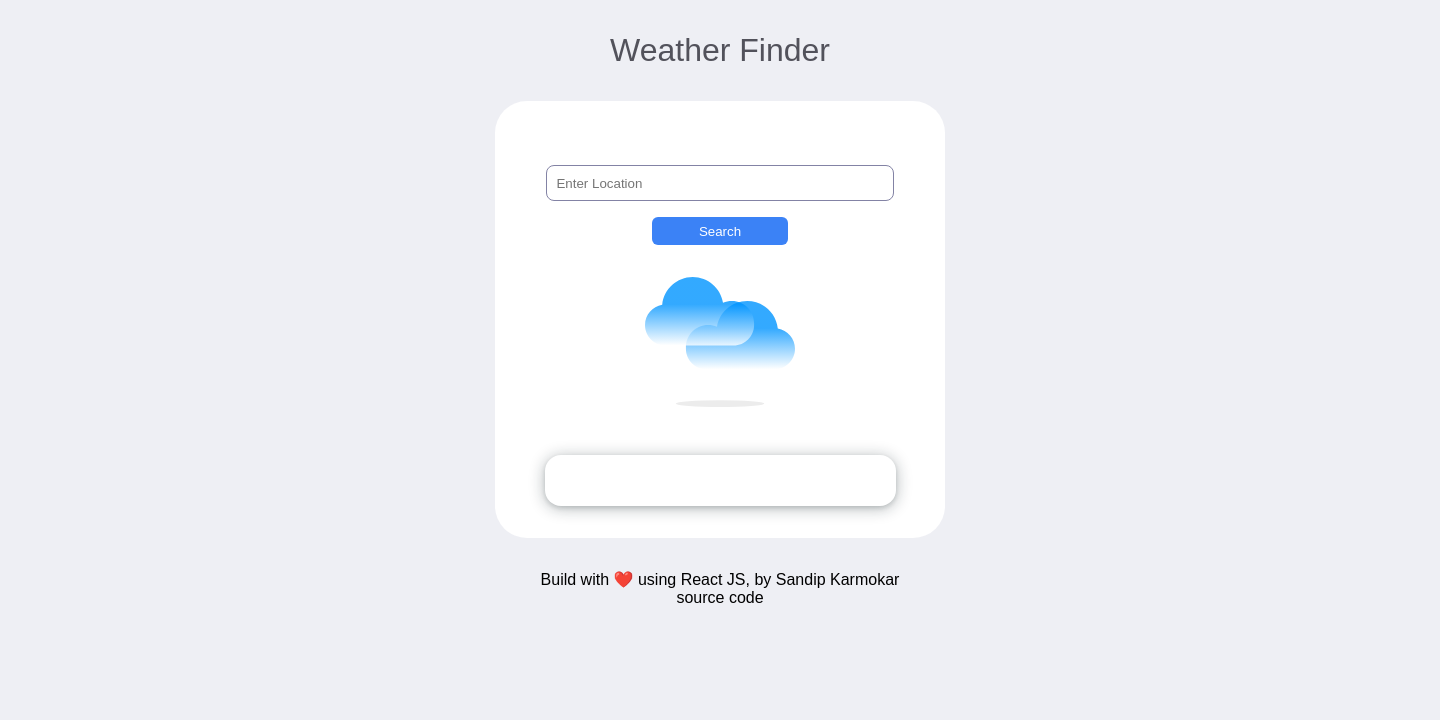
Repository: sandipkarmokar/weather-app
Page: /
These files come from the project's save history. The page is drawn as it stood at one moment and after the next save; the edit follows.
The browser window is 1440 px wide. The pictures show the whole page.
The project was rebuilt for these pictures with package versions that can differ from the ones it lists, and the page was loaded fresh each time.

Above is the page before, as saved 2022-04-12 18:15:12.

### src/App.js
import { useState, useEffect } from 'react';
import './App.css';
import WeatherForm from './components/WeatherForm';
import WeatherInfoShow from './components/WeatherInfoShow';

function App() {
    const [city, setCity] = useState('');
    const [gotData, setGotData] = useState(false);
    const [weatherData, setWeatherData] = useState([]);
    const [isDay, setIsDay] = useState(false);

    console.log(weatherData);
    const url = `https://api.openweathermap.org/data/2.5/weather?q=${city}&appid=390f3fd7515cacb5596ae4765de92a6d`;

    const fetchData = async (e) => {
        e.preventDefault();
        try {
            const response = await fetch(url);
            const data = await response.json();
            setWeatherData(data);
            setGotData(true);
            const isDay = weatherData?.weather[0].icon?.includes('d');
            setIsDay(isDay);
        } catch (error) {
            console.log(error);
            setGotData(false);
        }
    };

    return (
        <div className="app">
            <div className="heading">
                <p>Weather Finder</p>
            </div>
            <div className="app-container">
                <WeatherForm
                    city={city}
                    setCity={setCity}
                    fetchData={fetchData}
                ></WeatherForm>

                <WeatherInfoShow
                    gotData={gotData}
                    weatherData={weatherData}
                    isDay={isDay}
                ></WeatherInfoShow>
            </div>
            <footer>
                <p>Build with ❤️ using React JS, by Sandip Karmokar</p>
                <p>source code</p>
            </footer>
        </div>
    );
}

export default App;

### src/App.css
* {
    margin: 0;
    padding: 0;
    box-sizing: border-box;
    font-family: Arial, Helvetica, sans-serif;
}

.app {
    background-color: #eeeff4;
    height: 100vh;
}

.app .heading p {
    color: #52525b;
    padding-top: 2rem;
    font-size: 2rem;
    text-align: center;
}

.app .app-container {
    width: 90%;
    margin: 2rem auto;
    background: #ffffff;
    border-radius: 2rem;
    padding: 1rem 0;
}

.app .app-container .weather-form {
    width: 86%;
    margin: 0 auto;
    display: flex;
    flex-direction: column;
}

.app .app-container .weather-form input {
    padding: 0.6rem;
    margin: 1rem auto;
    border: 0.5px solid #8383a5;
    border-radius: 8px;
    width: 90%;
    margin-top: 3rem;
}
.app .app-container .weather-form button {
    width: 35%;
    margin: 0 auto;
    padding: 0.4rem;
    background-color: #3b82f6;
    color: #ffffff;
    border: none;
    border-radius: 6px;
    cursor: pointer;
}
.app .app-container .weather-form img {
    width: 150px;

    margin: 2rem auto;
}

.app .app-container .weather-info-show {
    background-color: #ffffff;
    width: 78%;
    box-shadow: rgba(14, 30, 37, 0.12) 0px 2px 4px 0px,
        rgba(14, 30, 37, 0.32) 0px 2px 16px 0px;
    margin: 1rem auto;
    border-radius: 1rem;
    padding: 1.6rem;
}
.app .app-container .weather-info-show .main-info {
    display: flex;
    justify-content: space-between;
}

.app .app-container .weather-info-show .main-info img {
    width: 50px;
    height: 50px;
}
.app .app-container .weather-info-show .main-info .info .location {
    font-size: 1.4rem;
    color: #52525b;
}
.app .app-container .weather-info-show .main-info .info .data {
    font-size: 0.9rem;
    color: #71717a;
}
.app .app-container .weather-info-show .main-info .info .data .large {
    font-size: 1.4rem;
    color: #52525b;
}

.app .app-container .weather-info-show hr {
    width: 50%;
    margin: 1.6rem auto;
}

.app .app-container .weather-info-show .other-info {
    display: flex;
    flex-direction: column;
}
.app .app-container .weather-info-show .other-info p {
    color: #3f3f46;
}

.app .app-container .weather-info-show .other-info .other-info-data {
    display: grid;

    grid-template-columns: 1fr 1fr;
    grid-template-rows: 1fr 1fr;
    gap: 1rem;
    margin-top: 1rem;
}

.app .app-container .weather-info-show .other-info .other-info-data .item {
    display: flex;
}

.app .app-container .weather-info-show .other-info .other-info-data .item img {
    height: 32px;
    width: 32px;
    margin: 0 0.6rem;
}

.app
    .app-container
    .weather-info-show
    .other-info
    .other-info-data
    .item
    .sub-info {
    display: flex;
    flex-direction: column;
}

.app
    .app-container
    .weather-info-show
    .other-info
    .other-info-data
    .item
    .sub-info
    .data {
    color: #3f3f46;
}
.app
    .app-container
    .weather-info-show
    .other-info
    .other-info-data
    .item
    .sub-info
    .sub-info-title {
    color: #3f3f46;
    font-size: 0.8rem;
}

.app footer p {
    text-align: center;
    font-size: 0.6rem;
}

@media only screen and (min-width: 500px) {
    .app {
        background-color: #eeeff4;
        height: 100%;
    }

    .app .app-container {
        width: 400px;
        margin: 2rem auto;
        background: #ffffff;
        border-radius: 2rem;
        padding: 1rem 0;
    }
    .app footer p {
        text-align: center;
        margin: 0 auto;
        width: 450px;
        font-size: 0.8rem;
        background: #eeeff4;
    }
}
@media only screen and (min-width: 1300px) {
    .app {
        background-color: #eeeff4;
        height: 100vh;
    }

    .app .app-container {
        width: 450px;
        margin: 2rem auto;
        background: #ffffff;
        border-radius: 2rem;
        padding: 1rem 0;
    }
    .app footer p {
        text-align: center;
        margin: rem auto;
        width: 450px;
        font-size: 1rem;
        background: #eeeff4;
    }
}

### src/components/WeatherForm.js
import React from 'react';
import mainImage from '../icons/perfect-day.svg';

const WeatherForm = ({ city, setCity, fetchData }) => {
    return (
        <div className="weather-form">
            <input
                type="text"
                placeholder="Enter Location"
                value={city}
                onChange={(e) => setCity(e.target.value)}
            />
            <button onClick={fetchData}>Search</button>
            <img src={mainImage} alt="" />
        </div>
    );
};

export default WeatherForm;

### src/components/WeatherInfoShow.js
import React from 'react';
import imagex from '../icons/cloudy.svg';

import sunset from '../icons/temp.svg';
import sunrise from '../icons/temp.svg';
import humidity from '../icons/humidity.svg';
import wind from '../icons/wind.svg';
import pressure from '../icons/pressure.svg';

const WeatherInfoShow = ({ weatherData, gotData, isDay }) => {
    console.log(weatherData);
    const getTime = (timeStamp) => {
        return `${new Date(timeStamp * 1000).getHours()}:${new Date(
            timeStamp * 1000
        ).getMinutes()}`;
    };
    return (
        <div className="weather-info-show">
            {gotData ? (
                <>
                    <div className="main-info">
                        <div className="info">
                            <div className="location">
                                {weatherData?.name} {weatherData?.sys.country}
                            </div>
                            <div className="data">
                                <span className="large">{`${Math.floor(
                                    weatherData?.main?.temp - 273
                                )}°C`}</span>{' '}
                                | {weatherData?.weather[0].description}
                            </div>
                        </div>
                        <img src={imagex} alt="" />
                    </div>
                    <hr className="line" />
                    <div className="other-info">
                        <p>Other Info</p>
                        <div className="other-info-data">
                            <div className="item">
                                <img src={isDay ? sunset : sunrise} alt="" />
                                <div className="sub-info">
                                    <p className="data">{`${getTime(
                                        weatherData?.sys[
                                            isDay ? 'sunset' : 'sunrise'
                                        ]
                                    )}`}</p>
                                    <p className="sub-info-title">
                                        {isDay ? 'sunset' : 'sunrise'}
                                    </p>
                                </div>
                            </div>
                            <div className="item">
                                <img src={humidity} alt="" />
                                <div className="sub-info">
                                    <p className="data">
                                        {weatherData?.main.humidity}
                                    </p>
                                    <p className="sub-info-title">humidity</p>
                                </div>
                            </div>
                            <div className="item">
                                <img src={wind} alt="" />
                                <div className="sub-info">
                                    <p className="data">
                                        {weatherData?.wind?.speed}
                                    </p>
                                    <p className="sub-info-title">wind</p>
                                </div>
                            </div>
                            <div className="item">
                                <img src={pressure} alt="" />
                                <div className="sub-info">
                                    <p className="data">
                                        {weatherData?.main.pressure}
                                    </p>
                                    <p className="sub-info-title">pressure</p>
                                </div>
                            </div>
                        </div>
                    </div>
                </>
            ) : (
                ''
            )}
        </div>
    );
};

export default WeatherInfoShow;

Loaded but not shown: public/index.html (common file); src/index.js (common file); src/index.css (common file); src/reportWebVitals.js (common file)

After the next save:
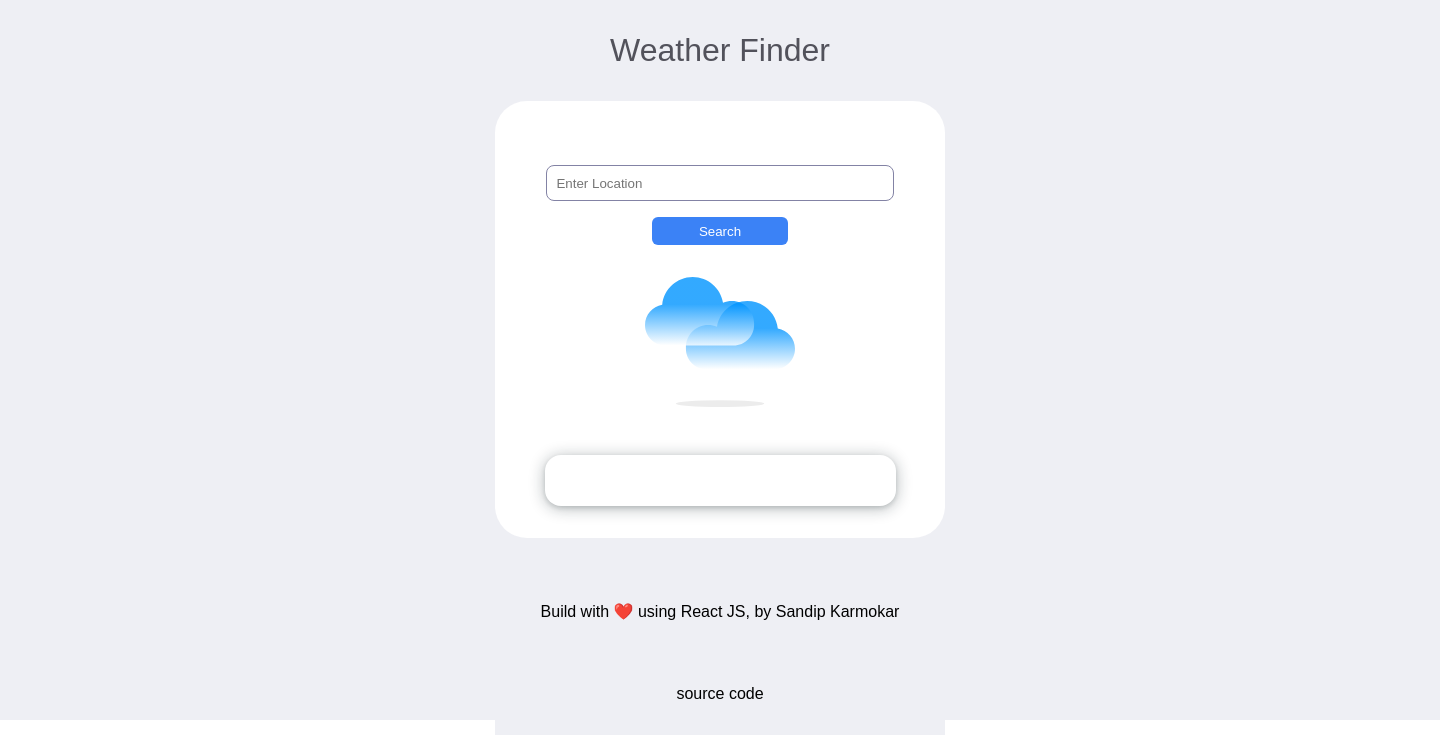
Saved 16 s later.
--- a/src/App.css
+++ b/src/App.css
@@ -193,7 +193,8 @@
     }
     .app footer p {
         text-align: center;
-        margin: rem auto;
+        margin: 0 auto;
+        padding: 2rem 0;
         width: 450px;
         font-size: 1rem;
         background: #eeeff4;
